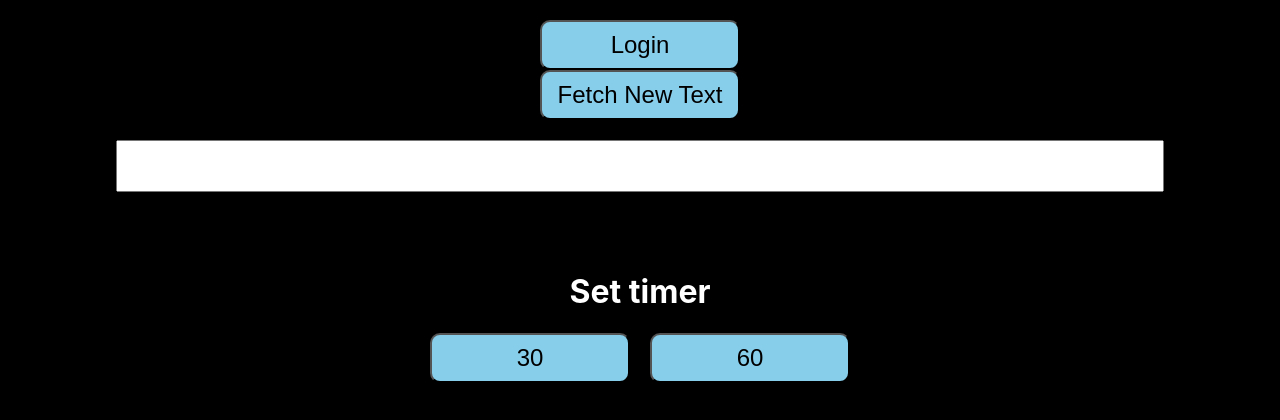
Repository: abhaysharma20233009/swiftKey
Page: /results (app in frontend/my-app/)
These files come from the project's save history. The page is drawn as it stood at one moment and after the next save; the edit follows.
The browser window is 1280 px wide. The pictures show the whole page.
The page's requests for data from a server got no answer. The project was rebuilt for these pictures with package versions that can differ from the ones it lists, and the page was loaded fresh each time. No one was signed in, and anything a server would have sent is missing. Also part of the build but not shown: frontend/my-app/src/Swifts.js, frontend/my-app/src/Login.js.

Above is the page before, as saved 2024-10-10 15:38:07.

### frontend/my-app/src/App.js
//App.js

import './App.css';
import React from 'react';
import { BrowserRouter as Router, Route, Routes } from 'react-router-dom';
import Swift from './Swifts';
import Results from './Results';
import Login from './Login';
const App = () => {
    return (
        <Router>
			<div className="App">
            <Routes>
                <Route path="/" element={<Swift />} />
                <Route path="/results" element={<Results />} />
                <Route path="/login" element={<Login />} />
            </Routes>
			</div>
        </Router>
    );
};

export default App;

### frontend/my-app/src/App.css
.App {
  text-align: center;
  color:white;
}

body{
  background-color:black;
}

.log{
  color:black;
  margin-left: 10px;
  margin-right: 10px;
  background-color: skyblue;
  border-radius: 10px;
  height:50px;
  width:200px;
  justify-self: end;
  font-size: x-large;
}



.para{
  width:10%;
}


.lo{
  text-align: center;
}

### frontend/my-app/src/Results.js
import React, { useState, useEffect } from 'react';
import { useNavigate, useLocation } from 'react-router-dom';

function Swifts() {
    const [message, setMessage] = useState('');
    const [inputValue, setInputValue] = useState('');
    const [currentWordIndex, setCurrentWordIndex] = useState(0);
    const [time, setTime] = useState(0);
    const navigate = useNavigate();
    const location = useLocation();

    // Retrieve username from location state
    const username = location.state?.username || '';

    const fetchMessages = async () => {
        try {
            const response = await fetch('http://localhost:7000/random-paragraph');
            const data = await response.json();
            if (data && typeof data === 'string') {
                setMessage(data);
                setInputValue('');
                setCurrentWordIndex(0);
            } else {
                console.error('Invalid data format:', data);
            }
        } catch (error) {
            console.error('Error fetching messages:', error);
        }
    };

    useEffect(() => {
        fetchMessages();
    }, []);

    useEffect(() => {
        if (time > 0) {
            const timer = setTimeout(() => {
                navigate('/results', { state: { currentWordIndex, username } });
            }, time * 1000);

            return () => clearTimeout(timer);
        }
    }, [time, currentWordIndex, navigate, username]);

    const handleInputChange = (e) => {
        const value = e.target.value;
        setInputValue(value);

        const words = message.split(' ');
        const currentWord = words[currentWordIndex];

        if (currentWord && currentWord.startsWith(value.trim())) {
            if (value.trim() === currentWord) {
                setCurrentWordIndex((prevIndex) => prevIndex + 1);
                setInputValue('');
            }
        }
    };

    const words = message.split(' ');
    const currentWord = words[currentWordIndex] || '';

    return (
        <div style={{ textAlign: 'center', marginTop: '20px' }}>
            {username && <h2>Welcome, {username}!</h2>}
            <button className="log" onClick={() => navigate('/login')}>Login</button>
            <br />
            <button className="log" onClick={fetchMessages}>Fetch New Text</button>
            <br />
            <input
                type="text"
                value={inputValue}
                onChange={handleInputChange}
                style={{
                    fontSize: '24px',
                    width: '80%',
                    padding: '10px',
                    margin: '20px 0',
                }}
                placeholder={currentWord.slice(inputValue.length)}
            />
            <div style={{ fontSize: '24px', marginTop: '10px', textAlign: 'left' }}>
                {words.map((word, index) => {
                    const isCurrentWord = index === currentWordIndex;
                    const isTypedWord = index < currentWordIndex;

                    return (
                        <span
                            key={index}
                            style={{
                                padding: '0 5px',
                                color: isCurrentWord ? 'blue' : (isTypedWord ? 'gray' : 'white'),
                                textDecoration: isTypedWord ? 'line-through' : 'none',
                            }}
                        >
                            {word}
                        </span>
                    );
                })}
            </div>
            <h1>Set timer</h1>
            <button className="log" onClick={() => setTime(30)}>30</button>
            <button className="log" onClick={() => setTime(60)}>60</button>
        </div>
    );
}

export default Swifts;

Loaded but not shown: frontend/my-app/public/index.html (common file); frontend/my-app/src/index.js (common file); frontend/my-app/src/index.css (common file); frontend/my-app/src/reportWebVitals.js (common file)

After the next save:
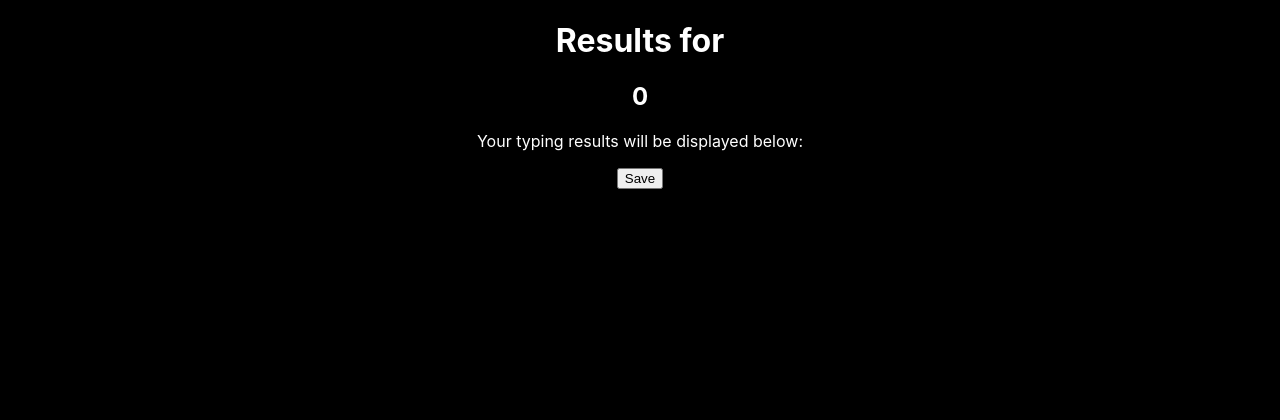
Saved 5 min 25 s later.
--- a/frontend/my-app/src/Results.js
+++ b/frontend/my-app/src/Results.js
@@ -1,108 +1,75 @@
 import React, { useState, useEffect } from 'react';
-import { useNavigate, useLocation } from 'react-router-dom';
+import { useLocation } from 'react-router-dom';
 
-function Swifts() {
-    const [message, setMessage] = useState('');
-    const [inputValue, setInputValue] = useState('');
-    const [currentWordIndex, setCurrentWordIndex] = useState(0);
-    const [time, setTime] = useState(0);
-    const navigate = useNavigate();
+function Results() {
+    const [info, setInfo] = useState([]);
     const location = useLocation();
-
-    // Retrieve username from location state
+    const wordTyped = location.state?.currentWordIndex || 0; // Get currentWordIndex from state
     const username = location.state?.username || '';
 
-    const fetchMessages = async () => {
+    const fetchUser = async () => {
         try {
-            const response = await fetch('http://localhost:7000/random-paragraph');
+            const response = await fetch('http://localhost:7000/update_info');
             const data = await response.json();
-            if (data && typeof data === 'string') {
-                setMessage(data);
-                setInputValue('');
-                setCurrentWordIndex(0);
-            } else {
-                console.error('Invalid data format:', data);
-            }
+            // Filter data for the specific user
+            const userData = data.filter((msg) => msg.username === username);
+            setInfo(userData);
         } catch (error) {
-            console.error('Error fetching messages:', error);
+            console.error('Error fetching info:', error);
         }
     };
 
-    useEffect(() => {
-        fetchMessages();
-    }, []);
+    const saveResults = async () => {
+        try {
+            const response = await fetch('http://localhost:7000/check-user', {
+                method: 'POST',
+                headers: {
+                    'Content-Type': 'application/json',
+                },
+                body: JSON.stringify({ username }),
+            });
 
-    useEffect(() => {
-        if (time > 0) {
-            const timer = setTimeout(() => {
-                navigate('/results', { state: { currentWordIndex, username } });
-            }, time * 1000);
-
-            return () => clearTimeout(timer);
-        }
-    }, [time, currentWordIndex, navigate, username]);
-
-    const handleInputChange = (e) => {
-        const value = e.target.value;
-        setInputValue(value);
-
-        const words = message.split(' ');
-        const currentWord = words[currentWordIndex];
-
-        if (currentWord && currentWord.startsWith(value.trim())) {
-            if (value.trim() === currentWord) {
-                setCurrentWordIndex((prevIndex) => prevIndex + 1);
-                setInputValue('');
+            if (response.ok) {
+                try {
+                    await fetch('http://localhost:7000/update_info', {
+                        method: 'POST',
+                        headers: {
+                            'Content-Type': 'application/json',
+                        },
+                        body: JSON.stringify({ username, wordTyped }),
+                    });
+                    await fetchUser(); // Fetch updated user data
+                } catch (error) {
+                    console.error('Error saving results:', error);
+                }
             }
+        } catch (error) {
+            console.error('Error checking user:', error);
         }
     };
 
-    const words = message.split(' ');
-    const currentWord = words[currentWordIndex] || '';
+    // Fetch user data on component mount
+    useEffect(() => {
+        fetchUser();
+    }, []);
 
     return (
         <div style={{ textAlign: 'center', marginTop: '20px' }}>
-            {username && <h2>Welcome, {username}!</h2>}
-            <button className="log" onClick={() => navigate('/login')}>Login</button>
-            <br />
-            <button className="log" onClick={fetchMessages}>Fetch New Text</button>
-            <br />
-            <input
-                type="text"
-                value={inputValue}
-                onChange={handleInputChange}
-                style={{
-                    fontSize: '24px',
-                    width: '80%',
-                    padding: '10px',
-                    margin: '20px 0',
-                }}
-                placeholder={currentWord.slice(inputValue.length)}
-            />
-            <div style={{ fontSize: '24px', marginTop: '10px', textAlign: 'left' }}>
-                {words.map((word, index) => {
-                    const isCurrentWord = index === currentWordIndex;
-                    const isTypedWord = index < currentWordIndex;
-
-                    return (
-                        <span
-                            key={index}
-                            style={{
-                                padding: '0 5px',
-                                color: isCurrentWord ? 'blue' : (isTypedWord ? 'gray' : 'white'),
-                                textDecoration: isTypedWord ? 'line-through' : 'none',
-                            }}
-                        >
-                            {word}
-                        </span>
-                    );
-                })}
-            </div>
-            <h1>Set timer</h1>
-            <button className="log" onClick={() => setTime(30)}>30</button>
-            <button className="log" onClick={() => setTime(60)}>60</button>
+            <h1>Results for {username}</h1> {/* Display username here */}
+            <h2>{wordTyped}</h2>
+            <p>Your typing results will be displayed below:</p>
+            <ul>
+                {info.map((msg) => (
+                    msg.words_typed.map((wordObj, index) => (
+                        <li key={`${msg._id}-${index}`}>
+                            <strong>   {wordObj.word}            :</strong>{new Date(wordObj.timestamp).toLocaleString()}
+                        </li>
+                    ))
+                ))}
+            </ul>
+            <button onClick={saveResults}>Save</button>
         </div>
     );
 }
 
-export default Swifts;
+export default Results;
